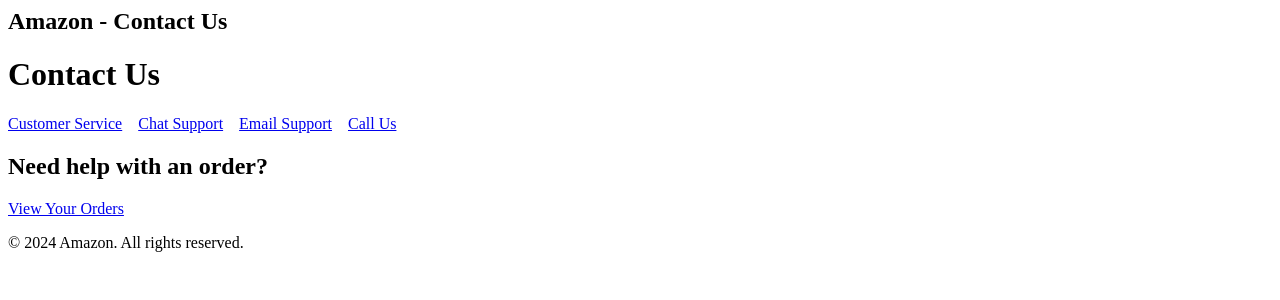
Repository: Lathadasari3010/SoftwareExamples
Page: SpringBoot/src/main/resources/static/contact-us.html
These files come from the project's save history. The page is drawn as it stood at one moment and after the next save; the edit follows.
The browser window is 1280 px wide. The pictures show the whole page.

Above is the page before, as saved 2024-12-19 10:16:05.

After the next save:
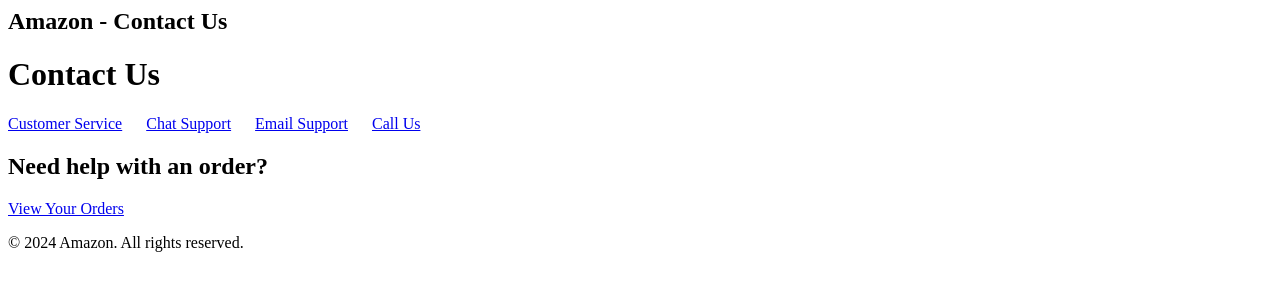
Saved 26 s later.
--- a/SpringBoot/src/main/resources/static/contact-us.html
+++ b/SpringBoot/src/main/resources/static/contact-us.html
@@ -7,10 +7,10 @@
 			<div class="contact-us-page">
 			        <h1 class="contact-us-header">Contact Us</h1>
 			        <div class="contact-options">
-			            <a class="contact-link" href="/help/customer-service">Customer Service</a>&nbsp; &nbsp;
-			            <a class="contact-link" href="/help/chat-support">Chat Support</a>&nbsp; &nbsp;
-			            <a class="contact-link" href="/help/email-support">Email Support</a>&nbsp; &nbsp;
-			            <a class="contact-link" href="/help/call-support">Call Us</a>&nbsp; &nbsp;
+			            <a class="contact-link" href="/help/customer-service">Customer Service</a>&nbsp; &nbsp; &nbsp;
+			            <a class="contact-link" href="/help/chat-support">Chat Support</a>&nbsp; &nbsp; &nbsp;
+			            <a class="contact-link" href="/help/email-support">Email Support</a>&nbsp; &nbsp; &nbsp;
+			            <a class="contact-link" href="/help/call-support">Call Us</a>&nbsp; &nbsp; &nbsp;
 			        </div>
 			        <div class="help-section">
 			            <h2 class="help-header">Need help with an order?</h2>
